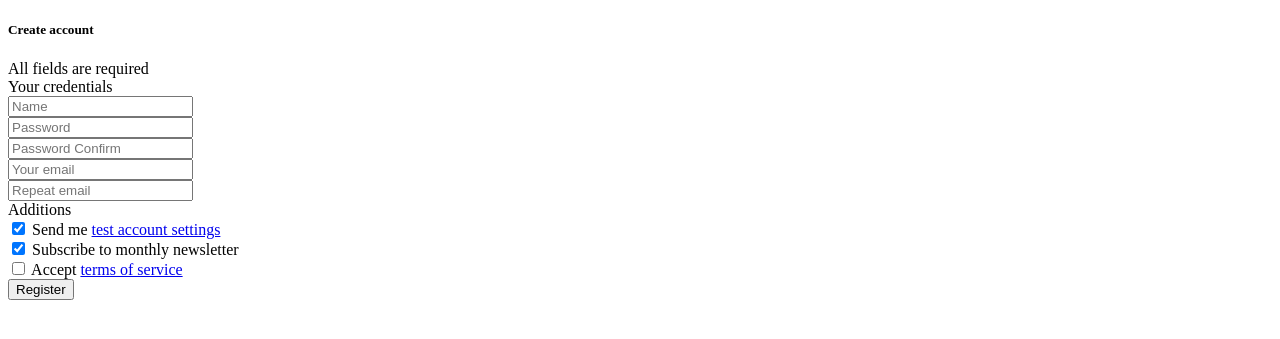
Repository: dionannd/laravel-inventory
Page: http://localhost/register
The author's editor kept a copy of each file at every save. The page is drawn from the files as they stood at one save, then again after the next save.
The browser window is 1280 px wide. The pictures show the whole page.
The page is served by the project's Laravel application, run on PHP 8.4 with Laravel 8.

Above is the page before, as saved 2019-08-02 19:36:01.

After the next save:
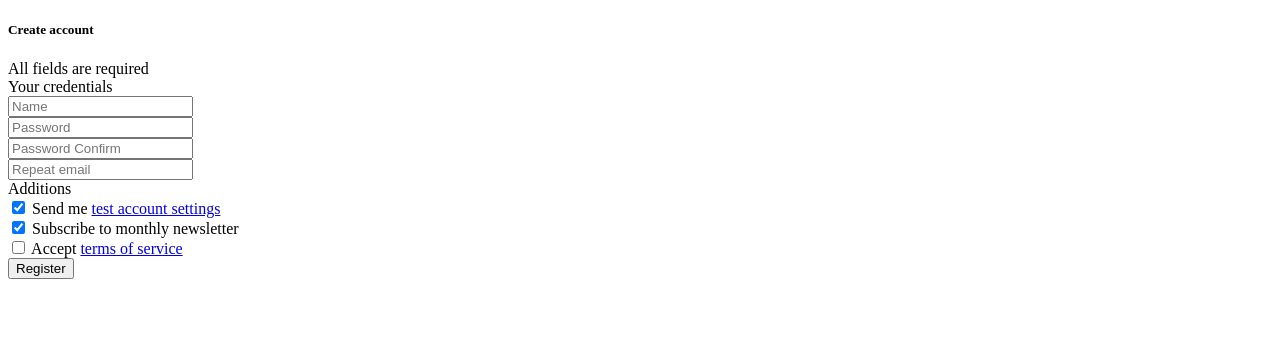
Saved 5 s later.
--- a/resources/views/auth/register.blade.php
+++ b/resources/views/auth/register.blade.php
@@ -45,12 +45,7 @@
 
 
 
-                <div class="form-group form-group-feedback form-group-feedback-left">
-                    <input type="password" class="form-control" placeholder="Your email">
-                    <div class="form-control-feedback">
-                        <i class="icon-mention text-muted"></i>
-                    </div>
-                </div>
+
 
                 <div class="form-group form-group-feedback form-group-feedback-left">
                     <input type="password" class="form-control" placeholder="Repeat email">
